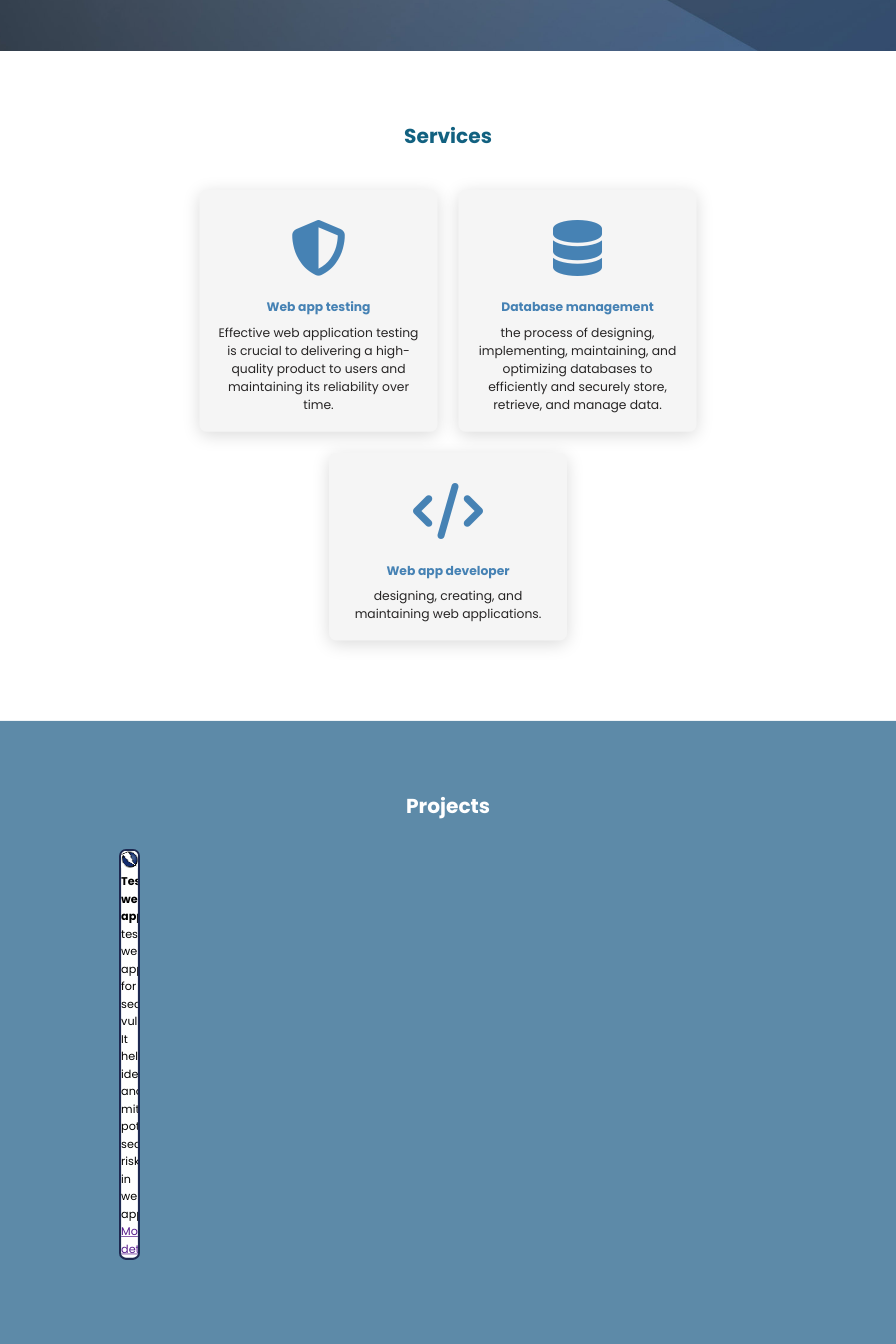
Repository: mohamed-makrani/Portfolio
Page: indixe.html
These files come from the project's save history. The page is drawn as it stood at one moment and after the next save; the edit follows.
The browser window is 1280 px wide. The pictures show the part of the page from y = 647 to 2567 px (the page is 2567 px tall before and 2220 px after), at 70% of full size.
Backgrounds fixed to the window are drawn as part of the page.

Above is the page before, as saved 2023-09-16 23:45:57.

### indixe.html
<!DOCTYPE html>
<html lang="en">
<head>
    <meta charset="UTF-8">
    <meta name="descreption" content="makrani-mohamed/portfilio"/>
    <title>Mohamed-makrani</title>
    <link rel="stylesheet" href="https://cdnjs.cloudflare.com/ajax/libs/font-awesome/6.4.2/css/all.min.css"/>
    <link  rel="stylesheet" href="style.css" />
</head>
<body>
    <header>
        <a class="logo" href="#logo" >Mohamed-makrani</a>
        <nav class="navigation">
            <a href="#services" >services</a>
            <a href="#projects" > projects</a>
            <a href="#"> contact </a>

        </nav>
    </header>
    <section class="main" id="logo">
        <div>
            <h6>Hello, I'm mohamed </h6>
            <h1>Web developer</h1>
            <h4>Width defines web's rhythm</h4>
        <a href="#" class="main-button">view my work</a>
        <div class="social-media">
            <a href="#" ><i class="fa-brands fa-github"></i></a>
            <a href="#" ><i class="fa-brands fa-linkedin"></i></a>
            <a href="#"><i class="fa-brands fa-instagram"></i></a>
            <a href="#"><i class="fa-brands fa-facebook"></i></a>
        </div>
        </div>
    </section>

    <section class="cards" id="services" >
        <h2 class="title">Services</h2>
        <div class="content" >
            <div class="card">
                <div class="icon"><i class="fa-solid fa-shield-halved"></i></div>
                <div class="info">
                    <h2>Web app testing</h2>
                    <p>Effective web application testing is crucial to delivering a high-quality product to users and maintaining its reliability over time.</p>
                </div>
            </div>
            <div class="card">
                <div class="icon"><i class="fa-solid fa-database"></i></div>
                <div class="info">
                    <h2>Database management</h2>
                    <p>the process of designing, implementing, maintaining, and optimizing databases to efficiently and securely store, retrieve, and manage data.</p>
                </div>
            </div>
            <div class="card">
                <div class="icon"><i class="fa-solid fa-code"></i></div>
                <div class="info">
                    <h2>Web app developer</h2>
                    <p> designing, creating, and maintaining web applications.</p>
                </div>

            </div>

        </div>
    </section>
        <section class="Projects" id="projects">
            <h2 class="projec-title">Projects</h2>
            <div class="project-content">
                <div class="project-card">
                    <div class="image">
                        <img src="oo.jpg" />
                    </div>
                    <div class="project-info">
                        <strong class="project-title">Testing web applications</strong>
                        <p> testing web applications for security vulnerabilities. It helps identify and mitigate potential security risks in web applications</p>
                        <a href="" class="detaile" >More detaile</a>

                    </div>
                </div>
                <!--<div class="project-card">
                    <div class="image">
                        <img src="" />
                    </div>
                    <div class="project-info">
                        <strong class="project-title"></strong>
                        <p></p>
                        <a href="" class="detaile">More detaile</a>
                    </div>

                </div>-->

                <!--<div class="project-card">
                    <div class="image">
                        <img src="" />
                    </div>
                    <div class="project-info">
                        <strong class="project-title"></strong>
                        <p></p>
                        <a href="" class="detaile">More detaile</a>
                    </div>
                </div>-->






            </div>







        </section>








</body>
</html>

### style.css
@import url('https://fonts.googleapis.com/css2?family=Poppins:ital,wght@0,200;0,300;0,400;0,500;0,600;0,700;0,800;0,900;1,100;1,200;1,300;1,400;1,500;1,600;1,700;1,800;1,900&display=swap');

*{

    font-family: 'Poppins', sans-serif;
    margin: 0;
    padding: 0;
    box-sizing: border-box;
    scroll-behavior: smooth;
}
 header{

    background-color: #f5f5f5;
    width: 100%;
    position: fixed;
    display: flex;
    z-index: 999;
    justify-content: space-between;
    align-items: center;
    padding: 10px 200px;

 }
 .logo {
    /* default is 16 px */

    text-decoration: none;
    font-size: 16px;
    color: #126180;
    text-transform: uppercase;
    font-weight: 700;
 }
 .navigation a{
    color: #126180;
    font-size: 15px;
    font-weight: 600px;
    text-decoration: none;
    padding-left:  30px;

 }
.navigation a:hover {

color: rgb(83, 15, 146);
}
 section {

   padding: 100px 150px;
 }
 .main{

   width: 100%;
   min-height: 100vh;
   display: flex;
   align-items: center;
   background:url(backround.jpg) no-repeat;
   background-size: cover;
   background-position:center ;
   background-attachment: fixed;

 }
 .main h6 {

   color: white;
   font-weight:500px ;
   font-size: 0.9em;


 }

 .main h1 {

   color:#5d8aa8 ;
   font-size: 2.4em;
   font-weight: 500px;
   margin-top: 6px;
 }
 .main h4 {

   color: white;
   font-size: 1em;
   font-weight: 500px;
   margin-top: 6px;
   margin-bottom: 20px;
   letter-spacing:1px;
 }
.main-button {

color : white;
text-decoration: none;
background-color: #92a1cf;
letter-spacing : 1px;
font-size: 1em;
font-weight: 600px;
display: inline-block;
padding: 0.935em 2.187em;
border-radius: 12px;
margin-bottom: 20px;
transition: 0.7s ease;

}
.main-button :hover{
   background-color:#545aa7;
   transform: scale(1.1);
}
.social-media a{

   color: white;
   font-size: 22px;
   padding-left: 18px;

}

.title {

   display: flex;
   justify-content: center;
   color:#126180;
   font-size:1.8em ;
   font-weight: 700px;
   margin-bottom: 40px;
}
.content{
   display: flex;
   justify-content: center;
   flex-direction: row;
   flex-wrap: wrap;
}
.card {
   background-color:#f5f5f5;
   width:21.25em;
   box-shadow: 0 5px 25px rgba(1 1 1 /15%);
    border-radius: 10px;
    padding: 25px;
    margin: 15px;
    transition: 0.4s ease;
}
.card:hover {
   transform: scale(1.1);
}
.icon {
   color: #4682b4;
   text-align: center;
   font-size: 5em;
}
.info h2 {

   color:#4682b4 ;
   text-align: center;
   font-size:1.1em;
   font-weight: 700px;
   margin:10px ;

}
.info p {

   text-align: center;
   font-size:1.1em ;
   font-weight:500px ;
   color :rgb(39, 37, 37);


}
.Projects{
   background-color: #5d8aa8;
}
.projec-title{

   display: flex;
   justify-content: center;
   color: white;
   font-size:1.8em ;
   font-weight:700 ;
   margin-bottom: 40px;

}
/*.project-content{

   display: flex;
   justify-content: center;
   flex-direction: row;
   flex-wrap: wrap;
}*/
.project-card{
   background-color: white;
   border: 3px solid #1d2951;
   min-height: 14em;
   width: 30px;
   overflow: hidden;
   border-radius: 10px;
   margin: 20px;
   transition: 0.5s ease;
}
.project-card:hover{
   transform : scale(1.1);

}
.image img{
   width: 100%;
}

After the next save:
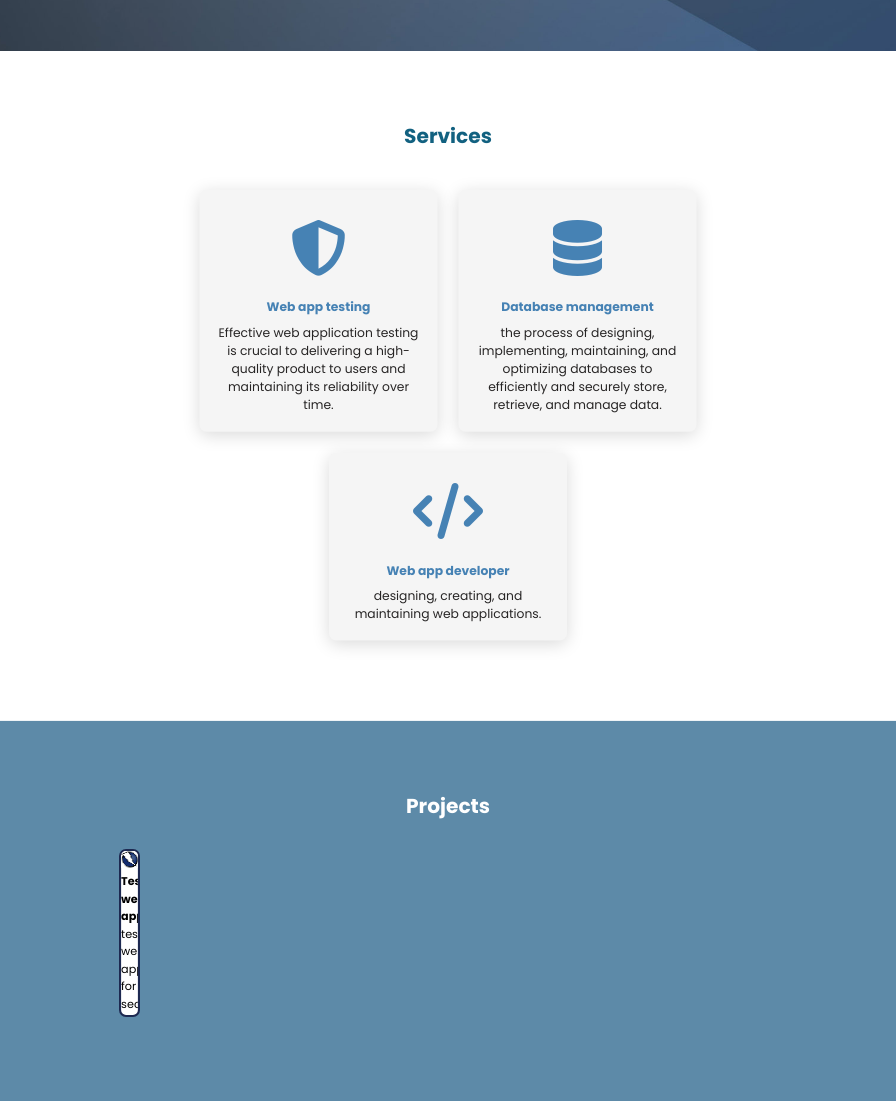
Saved 3 min 12 s later.
--- a/style.css
+++ b/style.css
@@ -182,7 +182,7 @@ transition: 0.7s ease;
 .project-card{
    background-color: white;
    border: 3px solid #1d2951;
-   min-height: 14em;
+   height: 15em;
    width: 30px;
    overflow: hidden;
    border-radius: 10px;
